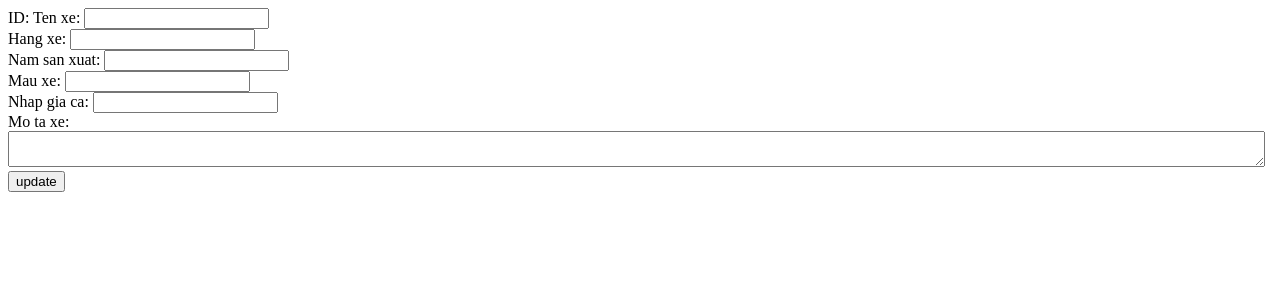
Repository: vule2809/LTW-20146307
Page: http://localhost/A-banxemay/views/product/updateProduct.jsp
The author's editor kept a copy of each file at every save. The page is drawn from the files as they stood at one save, then again after the next save.
The browser window is 1280 px wide. The pictures show the whole page.
The page is served by Tomcat 9. Nobody is signed in. The application's start-up code is not run.

Above is the page before, as saved 2023-12-05 05:59:30.

After the next save:
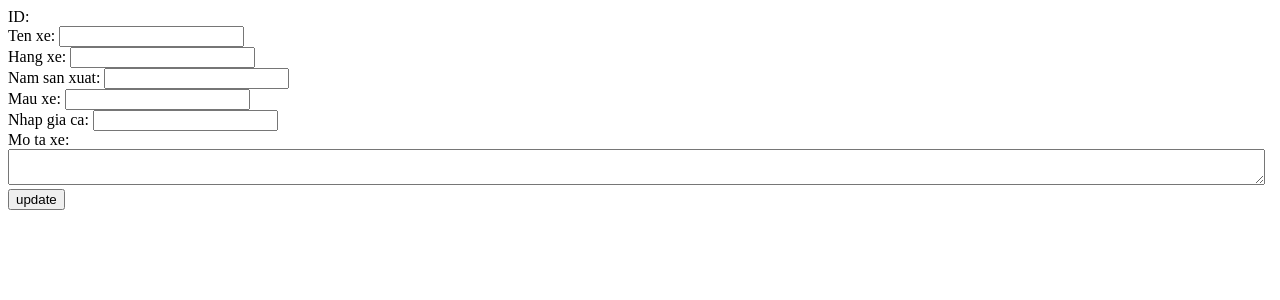
Saved 33 s later.
--- a/A-banxemay/src/main/webapp/views/product/updateProduct.jsp
+++ b/A-banxemay/src/main/webapp/views/product/updateProduct.jsp
@@ -9,7 +9,7 @@
 </head>
 <body>
 	<form action="update" method="post">
-		<label>ID:</label>
+		<label>ID:</label> <br>
 		<label>Ten xe:</label> <input type="text" name="ProductName"><br>
 		<label>Hang xe:</label> <input type="text" name="Brand"><br>
 		<label>Nam san xuat:</label> <input type="text" name="Year"><br>
